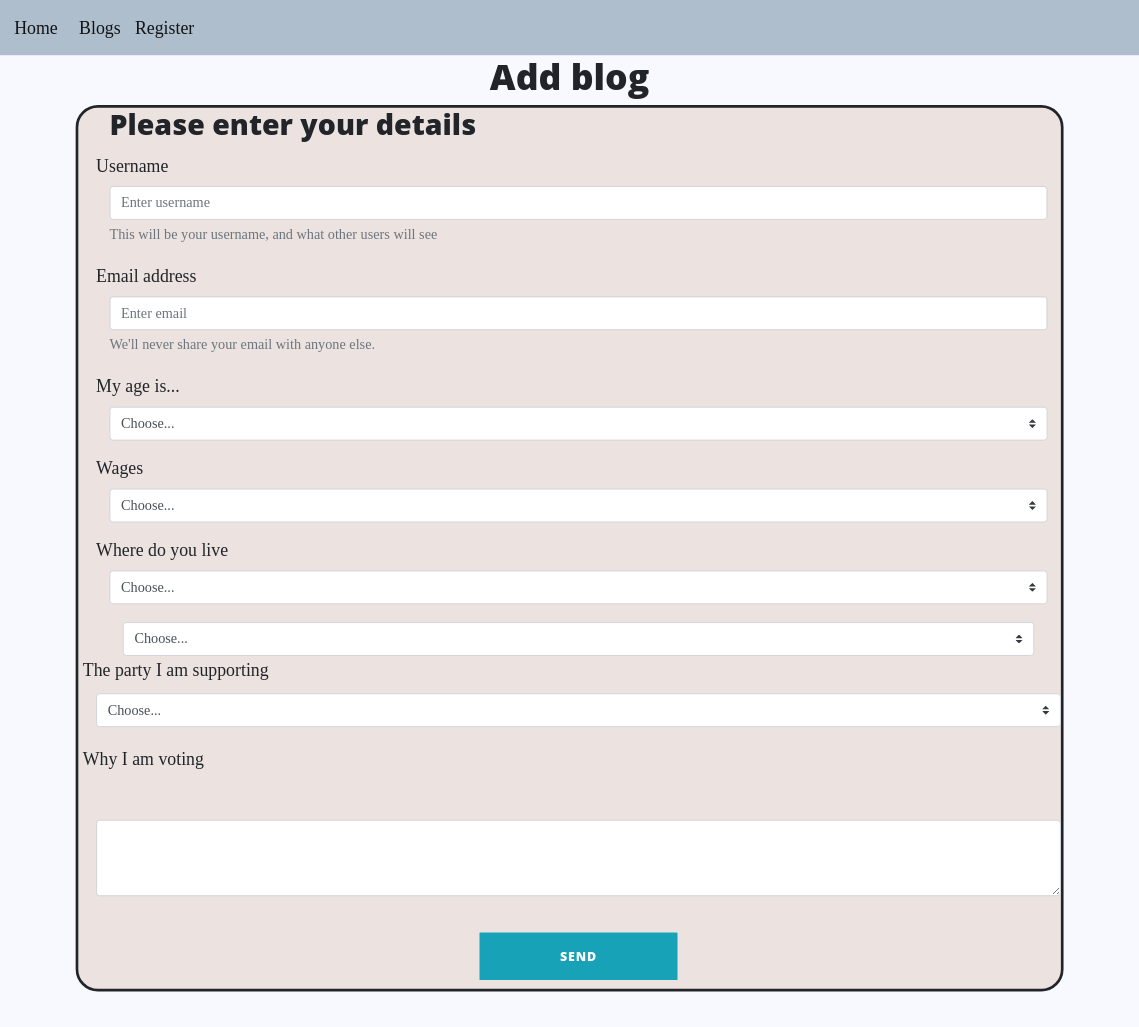
Repository: Rudancy/ms3
Page: templates/add_blog.html
The author's editor kept a record of every edit. The page is drawn from the files as they stood at one moment, then again after the next edit.
The browser window is 1280 px wide. The pictures show the whole page, at 89% of full size.
Some web libraries are served in a nearby version. The template is drawn by Flask 3. The application's start-up code is not run. Other server files are loaded and not shown. The template is opened directly, without the code that normally fills it, so the values that code supplies are empty.

Above is the page before.

### templates/add_blog.html
{% extends 'base.html' %} {% block content %}



<h1>Add blog</h1>

<div class="bd-datainput">
    <div class="container justify-content-center">
        <form action="{{ url_for('insert_blog') }}" method="POST">

            <div class="row mb-1">
                <div class="col-12">
                    <h2>Please enter your details</h2>
                </div>
            </div>
            <div class="row">
                <label for="exampleInputEmail1">Username</label>
            </div>


            <div class="form-row mb-1">
                <div class="col-12">
                    <div class="form-group">

                        <input name="user_name" type="text" class="form-control" id="exampleInputUsername" aria-describedby="username" placeholder="Enter username">
                        <small id="userhelp" class="form-text text-muted">This will be your username, and what other users will see</small>
                    </div>
                </div>
            </div>


            <div class="row">
                <label for="exampleInputEmail1">Email address</label>
            </div>
            <div class="form-row mb-1">
                <div class="col-12">
                    <div class="form-group">

                        <input type="email" name="user_email" class="form-control" id="exampleInputEmail1" aria-describedby="emailHelp" placeholder="Enter email">
                        <small id="emailHelp" class="form-text text-muted">We'll never share your email with anyone else.</small>
                    </div>
                </div>
            </div>


            <div class="row">
                <label for="exampleInputEmail1">My age is...</label>
            </div>
            <div class="form-row">
                <div class="col-12">
                    <div class="input-group mb-3">

                        <select name="user_age" class="custom-select" id="inputGroupSelect02">
                        <option selected>Choose...</option>
                        {% for age in ages %}
                        <option value="{{age.age}}">I am {{age.age}} years old</option>
                        {%endfor%}
                    </select>
                    </div>
                </div>
            </div>



            <div class="row">
                <label for="exampleInputEmail1">Wages</label>
            </div>
            <div class="form-row">
                <div class="col-12">
                    <div class="input-group mb-3">

                        <select name="user_wage" class="custom-select" id="inputGroupSelect02">
                        <option selected>Choose...</option>
                        {% for wage in wages %}
                        <option value="{{wage.wage}}">£{{wage.wage}}</option>
                        {%endfor%}
                    </select>
                    </div>
                </div>
            </div>




            <div class="row">
                <label for="exampleInputEmail1">Where do you live</label>
            </div>
            <div class="row mb-1">
                <div class="col-12">
                    <div class="input-group mb-3">



                        <select name="user_region" class="custom-select" id="inputGroupSelect01">

                        <option selected>Choose...</option>
                        {% for region in regions %}
                        <option value="{{region.region}}">{{region.region}}</option>
                        {%endfor%}
                    </select>
                    </div>
                </div>
            </div>
            <div class="col-12">
                <div class="input-group">


                    <select name="user_religion" class="custom-select" id="inputGroupSelect04">
                        <option selected>Choose...</option>
                        {% for religion in religions %}
                        <option value="{{religion.religion}}">{{religion.religion}}</option>
                        {% endfor %}
                    </select>
                </div>
            </div>
    </div>



    <div class="row mb-1">
        <label for="exampleInputEmail1">The party I am supporting</label>
    </div>

    <div class="row">
        <div class="col-12">
            <div class="input-group mb-3">
                <select name="user_party" class="custom-select" id="inputGroupSelect03">
                        <option selected>Choose...</option>
                        {% for political in parties %}
                        <option value="{{political.political}}">{{political.political}}</option>
                        {%endfor%}
                    </select>
            </div>
        </div>
    </div>

    <div class="row mb-1">

    </div>

    <div class="row mb-3">
        <label for="exampleInputEmail1">Why I am voting</label>
    </div>
    <div class="row">
        <div class="col-12">
            <div class="form-group">
                <label for="exampleFormControlTextarea1"></label>
                <textarea name="user_comment" class="form-control" id="exampleFormControlTextarea1" rows="3"></textarea>
            </div>
        </div>
    </div>
    <div class="row justify-centre">
        <button type="submit" class="btn btn-info btn-block">Send</button>
    </div>
</div>




</form>
</div>

</div>
{% endblock %}

### templates/base.html
<!DOCTYPE html>
<html lang="en">

<head>
    <meta charset="UTF-8">
    <meta name="viewport" content="width=device-width, initial-scale=1.0">
    <meta http-equiv="X-UA-Compatible" content="ie=edge">
    <title>Document</title>
    <link rel="stylesheet" href="https://cdnjs.cloudflare.com/ajax/libs/font-awesome/5.9.0/css/all.min.css" integrity="sha256-UzFD2WYH2U1dQpKDjjZK72VtPeWP50NoJjd26rnAdUI=" crossorigin="anonymous" />
    <link href="https://stackpath.bootstrapcdn.com/bootstrap/4.3.1/css/bootstrap.min.css" rel="stylesheet" integrity="sha384-ggOyR0iXCbMQv3Xipma34MD+dH/1fQ784/j6cY/iJTQUOhcWr7x9JvoRxT2MZw1T" crossorigin="anonymous">
    <link rel="stylesheet" href="{{url_for('static', filename='css/clean-blog.css')}}" type="text/css" />
    <link rel="stylesheet" href="{{url_for('static', filename='css/style.css')}}" type="text/css" />

</head>

<body>
    <header>
   <nav class="navbar navbar-expand-lg navbar-light bg-light">
  <a class="navbar-brand" href="{{url_for('home')}}">Home</a>
  <button class="navbar-toggler" type="button" data-toggle="collapse" data-target="#navbarSupportedContent" aria-controls="navbarSupportedContent" aria-expanded="false" aria-label="Toggle navigation">
    <span class="navbar-toggler-icon"></span>
  </button>

  <div class="collapse navbar-collapse" id="navbarSupportedContent">
    <ul class="navbar-nav mr-auto">
      <li class="nav-item active">
        <a class="nav-link" href="{{url_for('user_blogs')}}">Blogs <span class="sr-only">(current)</span></a>
      </li>
      <li class="nav-item active">
        <a class="nav-link" href="{{url_for('add_blog')}}">Register <span class="sr-only">(current)</span></a>
      </li>


    </ul>

  </div>
</nav>

    </header>



    <div class="container">
        {% block content %} {% endblock %}
    </div>
    <script href="https://code.jquery.com/jquery-3.3.1.slim.min.js" integrity="sha384-q8i/X+965DzO0rT7abK41JStQIAqVgRVzpbzo5smXKp4YfRvH+8abtTE1Pi6jizo" crossorigin="anonymous"></script>
    <script href="https://cdnjs.cloudflare.com/ajax/libs/popper.js/1.14.7/umd/popper.min.js" integrity="sha384-UO2eT0CpHqdSJQ6hJty5KVphtPhzWj9WO1clHTMGa3JDZwrnQq4sF86dIHNDz0W1" crossorigin="anonymous"></script>
    <script href="https://stackpath.bootstrapcdn.com/bootstrap/4.3.1/js/bootstrap.min.js" integrity="sha384-JjSmVgyd0p3pXB1rRibZUAYoIIy6OrQ6VrjIEaFf/nJGzIxFDsf4x0xIM+B07jRM" crossorigin="anonymous"></script>
    <script src="{{ url_for('static', filename='vendor/jquery/jquery.min.js') }}"></script>
    <script src="{{ url_for('static', filename='vendor/bootstrap/js/bootstrap.bundle.min.js') }}"></script>
</body>

</html>

### static/css/clean-blog.css
/*!
 * Start Bootstrap - Clean Blog v5.0.8 (https://startbootstrap.com/template-overviews/clean-blog)
 * Copyright 2013-2019 Start Bootstrap
 * Licensed under MIT (https://github.com/BlackrockDigital/startbootstrap-clean-blog/blob/master/LICENSE)
 */

body {
  font-size: 20px;
  color: #212529;
  font-family: 'Lora', 'Times New Roman', serif;
}

p {
  line-height: 1.5;
  margin: 30px 0;
}

p a {
  text-decoration: underline;
}

h1,
h2,
h3,
h4,
h5,
h6 {
  font-weight: 800;
  font-family: 'Open Sans', 'Helvetica Neue', Helvetica, Arial, sans-serif;
}

a {
  color: #212529;
  transition: all 0.2s;
}

a:focus, a:hover {
  color: #0085A1;
}

blockquote {
  font-style: italic;
  color: #868e96;
}

.section-heading {
  font-size: 36px;
  font-weight: 700;
  margin-top: 60px;
}

.caption {
  font-size: 14px;
  font-style: italic;
  display: block;
  margin: 0;
  padding: 10px;
  text-align: center;
  border-bottom-right-radius: 5px;
  border-bottom-left-radius: 5px;
}

::-moz-selection {
  color: #fff;
  background: #0085A1;
  text-shadow: none;
}

::selection {
  color: #fff;
  background: #0085A1;
  text-shadow: none;
}

img::-moz-selection {
  color: #fff;
  background: transparent;
}

img::selection {
  color: #fff;
  background: transparent;
}

img::-moz-selection {
  color: #fff;
  background: transparent;
}

#mainNav {
  position: absolute;
  border-bottom: 1px solid #e9ecef;
  background-color: white;
  font-family: 'Open Sans', 'Helvetica Neue', Helvetica, Arial, sans-serif;
}

#mainNav .navbar-brand {
  font-weight: 800;
  color: #343a40;
}

#mainNav .navbar-toggler {
  font-size: 12px;
  font-weight: 800;
  padding: 13px;
  text-transform: uppercase;
  color: #343a40;
}

#mainNav .navbar-nav > li.nav-item > a {
  font-size: 12px;
  font-weight: 800;
  letter-spacing: 1px;
  text-transform: uppercase;
}

@media only screen and (min-width: 992px) {
  #mainNav {
    border-bottom: 1px solid transparent;
    background: transparent;
  }
  #mainNav .navbar-brand {
    padding: 10px 20px;
    color: #fff;
  }
  #mainNav .navbar-brand:focus, #mainNav .navbar-brand:hover {
    color: rgba(255, 255, 255, 0.8);
  }
  #mainNav .navbar-nav > li.nav-item > a {
    padding: 10px 20px;
    color: #fff;
  }
  #mainNav .navbar-nav > li.nav-item > a:focus, #mainNav .navbar-nav > li.nav-item > a:hover {
    color: rgba(255, 255, 255, 0.8);
  }
}

@media only screen and (min-width: 992px) {
  #mainNav {
    transition: background-color 0.2s;
    /* Force Hardware Acceleration in WebKit */
    transform: translate3d(0, 0, 0);
    -webkit-backface-visibility: hidden;
  }
  #mainNav.is-fixed {
    /* when the user scrolls down, we hide the header right above the viewport */
    position: fixed;
    top: -67px;
    transition: transform 0.2s;
    border-bottom: 1px solid white;
    background-color: rgba(255, 255, 255, 0.9);
  }
  #mainNav.is-fixed .navbar-brand {
    color: #212529;
  }
  #mainNav.is-fixed .navbar-brand:focus, #mainNav.is-fixed .navbar-brand:hover {
    color: #0085A1;
  }
  #mainNav.is-fixed .navbar-nav > li.nav-item > a {
    color: #212529;
  }
  #mainNav.is-fixed .navbar-nav > li.nav-item > a:focus, #mainNav.is-fixed .navbar-nav > li.nav-item > a:hover {
    color: #0085A1;
  }
  #mainNav.is-visible {
    /* if the user changes the scrolling direction, we show the header */
    transform: translate3d(0, 100%, 0);
  }
}

header.masthead {
  margin-bottom: 50px;
  background: no-repeat center center;
  background-color: #868e96;
  background-attachment: scroll;
  position: relative;
  background-size: cover;
}

header.masthead .overlay {
  position: absolute;
  top: 0;
  left: 0;
  height: 100%;
  width: 100%;
  background-color: #212529;
  opacity: 0.5;
}

header.masthead .page-heading,
header.masthead .post-heading,
header.masthead .site-heading {
  padding: 200px 0 150px;
  color: white;
}

@media only screen and (min-width: 768px) {
  header.masthead .page-heading,
  header.masthead .post-heading,
  header.masthead .site-heading {
    padding: 200px 0;
  }
}

header.masthead .page-heading,
header.masthead .site-heading {
  text-align: center;
}

header.masthead .page-heading h1,
header.masthead .site-heading h1 {
  font-size: 50px;
  margin-top: 0;
}

header.masthead .page-heading .subheading,
header.masthead .site-heading .subheading {
  font-size: 24px;
  font-weight: 300;
  line-height: 1.1;
  display: block;
  margin: 10px 0 0;
  font-family: 'Open Sans', 'Helvetica Neue', Helvetica, Arial, sans-serif;
}

@media only screen and (min-width: 768px) {
  header.masthead .page-heading h1,
  header.masthead .site-heading h1 {
    font-size: 80px;
  }
}

header.masthead .post-heading h1 {
  font-size: 35px;
}

header.masthead .post-heading .meta,
header.masthead .post-heading .subheading {
  line-height: 1.1;
  display: block;
}

header.masthead .post-heading .subheading {
  font-size: 24px;
  font-weight: 600;
  margin: 10px 0 30px;
  font-family: 'Open Sans', 'Helvetica Neue', Helvetica, Arial, sans-serif;
}

header.masthead .post-heading .meta {
  font-size: 20px;
  font-weight: 300;
  font-style: italic;
  font-family: 'Lora', 'Times New Roman', serif;
}

header.masthead .post-heading .meta a {
  color: #fff;
}

@media only screen and (min-width: 768px) {
  header.masthead .post-heading h1 {
    font-size: 55px;
  }
  header.masthead .post-heading .subheading {
    font-size: 30px;
  }
}

.post-preview > a {
  color: #212529;
}

.post-preview > a:focus, .post-preview > a:hover {
  text-decoration: none;
  color: #0085A1;
}

.post-preview > a > .post-title {
  font-size: 30px;
  margin-top: 30px;
  margin-bottom: 10px;
}

.post-preview > a > .post-subtitle {
  font-weight: 300;
  margin: 0 0 10px;
}

.post-preview > .post-meta {
  font-size: 18px;
  font-style: italic;
  margin-top: 0;
  color: #868e96;
}

.post-preview > .post-meta > a {
  text-decoration: none;
  color: #212529;
}

.post-preview > .post-meta > a:focus, .post-preview > .post-meta > a:hover {
  text-decoration: underline;
  color: #0085A1;
}

@media only screen and (min-width: 768px) {
  .post-preview > a > .post-title {
    font-size: 36px;
  }
}

.floating-label-form-group {
  font-size: 14px;
  position: relative;
  margin-bottom: 0;
  padding-bottom: 0.5em;
  border-bottom: 1px solid #dee2e6;
}

.floating-label-form-group input,
.floating-label-form-group textarea {
  font-size: 1.5em;
  position: relative;
  z-index: 1;
  padding: 0;
  resize: none;
  border: none;
  border-radius: 0;
  background: none;
  box-shadow: none !important;
  font-family: 'Lora', 'Times New Roman', serif;
}

.floating-label-form-group input::-webkit-input-placeholder,
.floating-label-form-group textarea::-webkit-input-placeholder {
  color: #868e96;
  font-family: 'Lora', 'Times New Roman', serif;
}

.floating-label-form-group label {
  font-size: 0.85em;
  line-height: 1.764705882em;
  position: relative;
  z-index: 0;
  top: 2em;
  display: block;
  margin: 0;
  transition: top 0.3s ease, opacity 0.3s ease;
  vertical-align: middle;
  vertical-align: baseline;
  opacity: 0;
}

.floating-label-form-group .help-block {
  margin: 15px 0;
}

.floating-label-form-group-with-value label {
  top: 0;
  opacity: 1;
}

.floating-label-form-group-with-focus label {
  color: #0085A1;
}

form .form-group:first-child .floating-label-form-group {
  border-top: 1px solid #dee2e6;
}

footer {
  padding: 50px 0 65px;
}

footer .list-inline {
  margin: 0;
  padding: 0;
}

footer .copyright {
  font-size: 14px;
  margin-bottom: 0;
  text-align: center;
}

.btn {
  font-size: 14px;
  font-weight: 800;
  padding: 15px 25px;
  letter-spacing: 1px;
  text-transform: uppercase;
  border-radius: 0;
  font-family: 'Open Sans', 'Helvetica Neue', Helvetica, Arial, sans-serif;
}

.btn-primary {
  background-color: #0085A1;
  border-color: #0085A1;
}

.btn-primary:hover, .btn-primary:focus, .btn-primary:active {
  color: #fff;
  background-color: #00657b !important;
  border-color: #00657b !important;
}

.btn-lg {
  font-size: 16px;
  padding: 25px 35px;
}

### static/css/style.css
@import url('https://fonts.googleapis.com/css?family=Roboto&display=swap');

.main-home {
    background-color: #ece3e0;
    padding: 40px;
    border-radius: 28px;
    margin-bottom: 55px;
}


p {
    font-family: 'Roboto', sans-serif;
    font-weight: 500;
}




.user-borders {
    border-style: solid;
}

.options {
    background-color: red;
    font-size: inherit;
}

.bd-datainput {
    background-color: #ece3e0;
    border-style: solid;
    padding-left: 20px;
    border-radius: 25px;
    margin-bottom: 40px;



}

.data-input-header {
    padding-right: 10px;

}

/*-------------------------------------------thumbnail styling--------------------*/

.thumbnail {
    display: block;
    padding: 4px;
    margin-bottom: 20px;
    line-height: 1.42857143;
    background-color: transparent;
    border: 1px solid transparent;
    border-radius: 4px;
    -webkit-transition: border .2s ease-in-out;
    -o-transition: border .2s ease-in-out;
    transition: border .2s ease-in-out;
    text-align: center;

}


thumbnail img {
    text-align: center;
    filter: grayscale(100%);
    transition: transform 2s;
}

.thumbnail img:hover {
    filter: grayscale(0);

    border-color: #f07f03;
}

/*-------------------------------------thumbnail party pics----------------------*/

#conservative-pic,
#SNP-pic,
#labour-pic,
#brexit-pic,
#dup-pic,
#green-pic,
#lib-pic,
#plaid-pic {
    display: inline-block;
    width: 200px;
    height: 200px;
    padding: 4px;
    line-height: 1.42857143;
    background-color: transparent;
    border: 5px solid #797575;
    border-radius: 70px;
    -webkit-transition: all .2s ease-in-out;
    -o-transition: all .2s ease-in-out;
    transition: all .2s ease-in-out;
}

hr {
    display: block;
    position: relative;
    padding: 0;
    margin: 8px auto;
    height: 0;
    width: 80%;
    max-height: 0;
    font-size: 1px;
    line-height: 0;
    clear: both;
    border: none;
    border-top: 1px solid #aaaaaa;
    border-bottom: 1px solid #ffffff;
    margin-bottom: 45px;
}

.btn-block-home {
    display: block;
    width: 48%;
    margin-bottom: 10px;
    margin-top: 25px;
    margin-left: auto;
    margin-right: auto;
}



.main-heading {
    margin-bottom: 25px;
    text-align: center;
    margin-bottom: 30px;
}

.sub-heading-logo {
    margin-bottom: 25px;
}


.hr-style {
    margin-top: 45px;
}



.main-text {
    text-align: center;
}


.output-info {
    margin-left: 30px;

}

.output-info-name {
    padding-top: 12px;
    margin-left: 30px;
}



.blog-output {
    background-color: #ece3e0;
    border-radius: 25px;
    width: 60%;
    border: solid;
    border-color: slategray;
    border-style: double;
}

h3,
h1 {
    text-align: center;
}


#main-header {
    text-align: center;
    margin-top: 40px;
    margin-bottom: 40px;
}


.modal-heading {}

.modal-content p {}


body {
    margin-bottom: 20px;
    background-color: ghostwhite;
}


.bottom-button {
    margin-bottom: 50px;
}

.btn-warning {
    color: #212529;
    background-color: #f7ec90;
    border-color: #ffc107;
}

.btn-block {
    display: block;
    width: 20%;
    margin-bottom: 10px;
    margin-top: 25px;
    margin-left: auto;
    margin-right: auto;
}


.blog-title {
    margin-bottom: 50px;
    margin-top: 50px;
}


.bg-light {
    background-color: #aebecd!important;
}


btn-block-home {
    display: block;
    width: 48%;
    margin-bottom: 10px;
    margin-top: 25px;
    margin-left: auto;
    margin-right: auto;
}


.blog-bg{
     background: url(../images/barad-dur.jpg) no-repeat center center fixed;
    -webkit-background-size: cover;
    -moz-background-size: cover;
    -o-background-size: cover;
    background-size: cover;
    z-index: 1000;
    padding-bottom: 30px;
    width: 100vw;
    min-height: 100vh;

}

After the next edit:
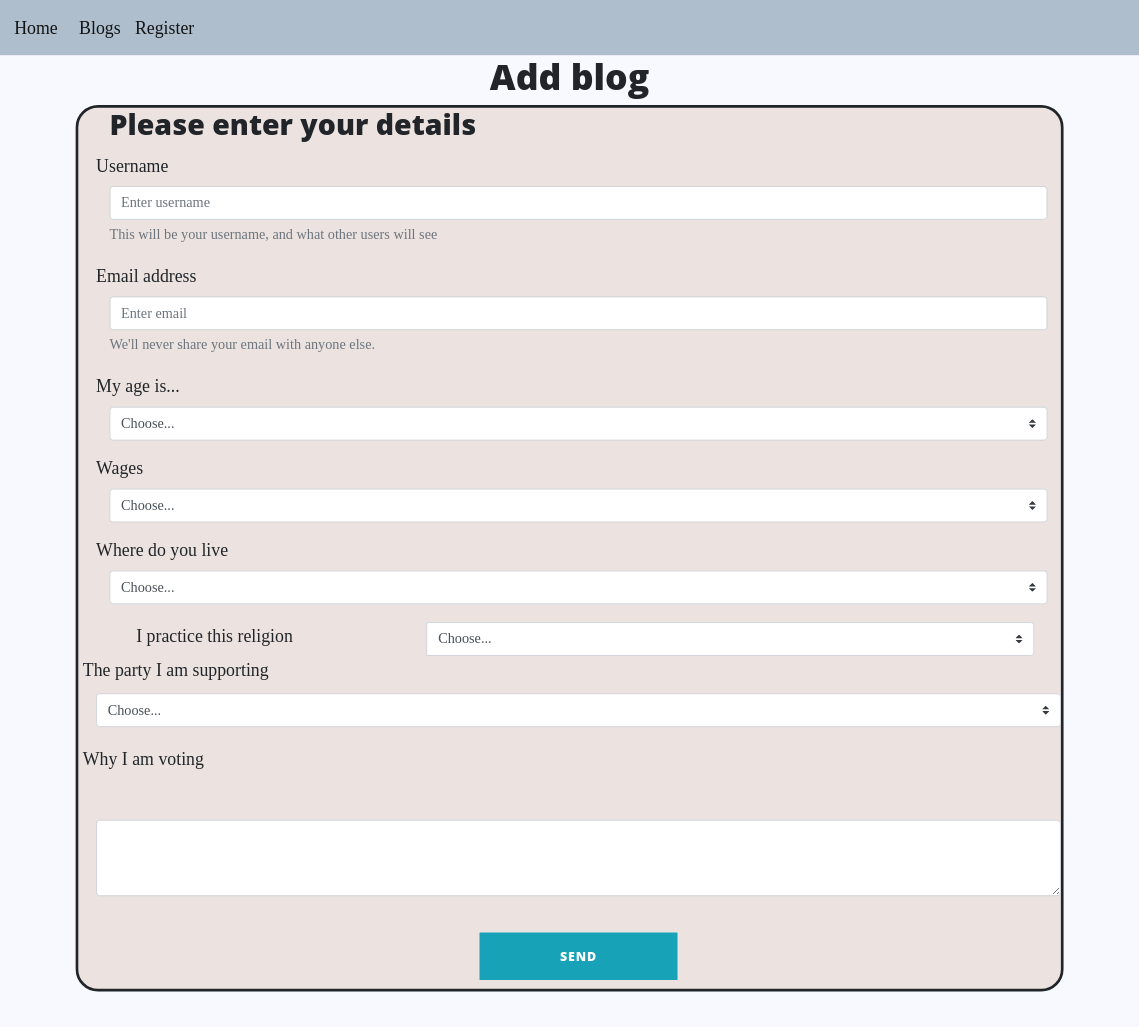
The edit:
--- a/templates/add_blog.html
+++ b/templates/add_blog.html
@@ -101,9 +101,13 @@
                     </div>
                 </div>
             </div>
+
+
             <div class="col-12">
                 <div class="input-group">
-
+                    <div class="col-4">
+                        <label for="exampleInputEmail1">I practice this religion</label>
+                    </div>
 
                     <select name="user_religion" class="custom-select" id="inputGroupSelect04">
                         <option selected>Choose...</option>
